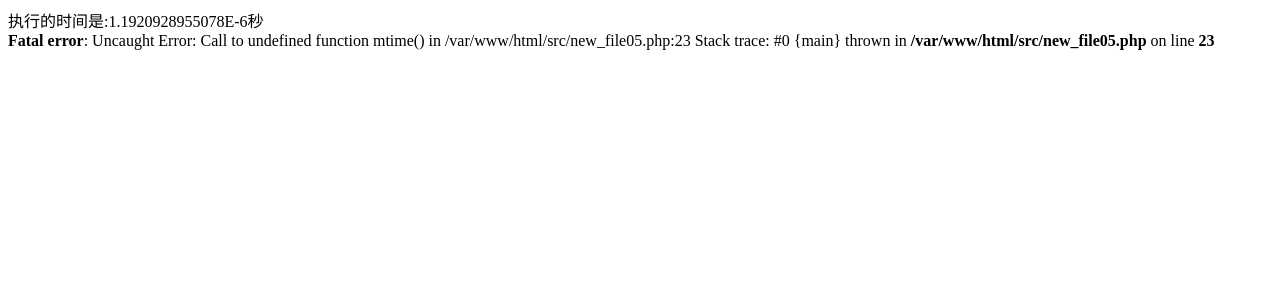
Repository: ljcan/PHP_Scripts
Page: http://localhost/src/new_file05.php
An editor plug-in stored every save of this project. The page is shown before and after the next save, followed by the edit.
The browser window is 1280 px wide. The pictures show the whole page.
The page is run by PHP 8.4 with error messages shown; the project is at /var/www/html/.

Above is the page before, as saved 2017-07-03 15:08:47.

After the next save:
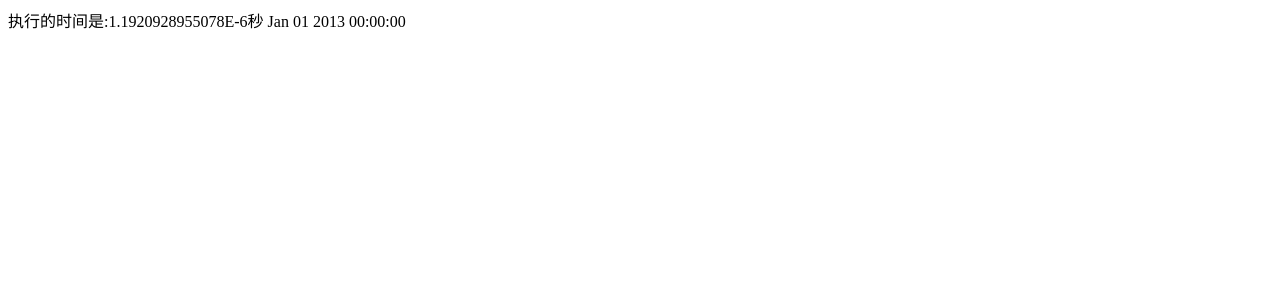
Saved 21 s later.
--- a/myjavascript_file/myphp/src/new_file05.php
+++ b/myjavascript_file/myphp/src/new_file05.php
@@ -20,7 +20,7 @@
 	/**
 	 * 测试gmdate()函数
 	 */
-	echo gmdate("M d Y H:i:s",mtime(0,0,0,1,1,2013));
+	echo gmdate("M d Y H:i:s",mktime(0,0,0,1,1,2013));
 	?>
     </body>
 </html>
